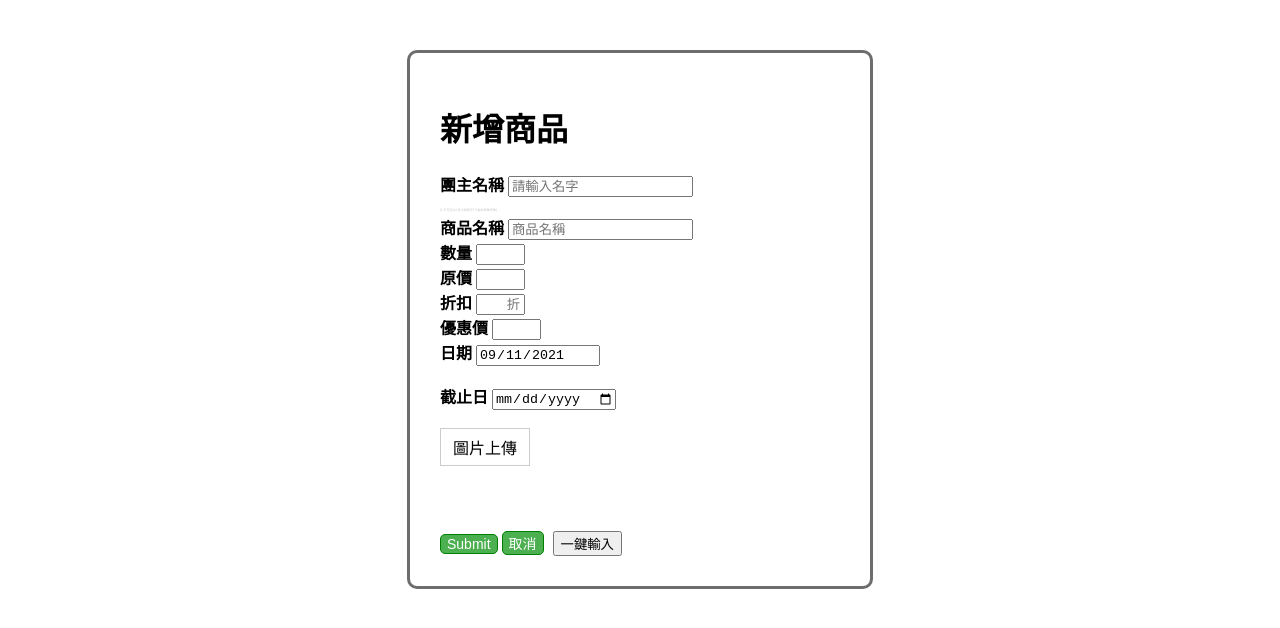
Repository: irlmpbfhvf2009/2021-09-17-Pro2-MVC
Page: http://localhost/Groupon/Manage-add.jsp
These files come from the project's save history. The page is drawn as it stood at one moment and after the next save; the edit follows.
The browser window is 1280 px wide. The pictures show the whole page.
The page is served by Tomcat 9. Other server files are loaded and not shown.

Above is the page before, as saved 2021-09-13 12:37:29.

### Groupon/src/main/webapp/Manage-add.jsp
<%@ page language="java" contentType="text/html; charset=UTF-8"
	pageEncoding="UTF-8"%>
<!DOCTYPE html>
<html>
<head>
<meta charset="UTF-8">
<title>新增團購</title>
<link rel="stylesheet" href="style.css">
<style>
input[type="file"] {
	position: fixed;
	right: 100%;
	bottom: 100%;
}

.custom-file-upload {
	border: 1px solid #ccc;
	display: inline-block;
	padding: 6px 12px;
	cursor: pointer;
}
img{float=none;}
</style>
</head>

<body>
	<div class="divform">
		<h1>新增商品</h1>
		<form action="./ProServlet" method="post">

			<!-- 團主名稱 -->
			<strong>團主名稱 </strong>
			<input type="text" class="leader" name="leader" required="required" placeholder="請輸入名字">
			<span class="spleader"></span><br><span class="spanText">(1.不可空白2.至少兩個字3.不能有特殊符號)</span><br>

			<!-- 商品名稱 -->
			<strong>商品名稱 </strong><input type="text" name="productName" required="required" class="productname" placeholder="商品名稱">
			<span class="spproductname"></span><br>

			<!-- 數量 -->
			<strong>數量 </strong><input type="text" name="quantity" required="required" class="quantity" maxlength="3" size="3"><br>

			<!-- 原價 -->
			<strong>原價 </strong><input type="text" class="price" required="required" name="price" maxlength="6" size="3"><br>

			<!-- 折扣 -->
			<strong>折扣 </strong><input type="text" class="discount" required="required" name="discount" maxlength="2" size="3" placeholder="　　折">
			<span class="spdiscount"></span><br>

			<!-- 優惠價 -->
			<strong>優惠價 </strong><input type="text" class="newprice" name="newprice" size="3" readonly><br>

			<!-- 日期 -->
			<strong>日期 </strong><input type="date" name="date" size="4" id="dt" readonly><br><br>

			<!-- 截止日 -->
			<strong>截止日 </strong><input type="date" required="required" name="deadline" size="4" id="dat" ><br><br>

			<!-- 圖片 -->
			<label for="file-upload" class="custom-file-upload"><i class="fa fa-cloud-upload"></i> 圖片上傳</label>
			<input id="file-upload" type="file" name="img" /><br><br>

			<input type="submit" id="sbtn" name="gSubmit" style="margin-top: 50px;" class="sgbtn">
			<a href="Home.jsp"><input type="button" name="cancel" class="sgbtn" value="取消"></a>
			<input type="button" class="ssgbtn" value="一鍵輸入" style="margin-left:5px">
		</form>
	</div>
	<script src="https://code.jquery.com/jquery-3.6.0.js"></script>
	<script>
    	document.getElementById("dt").valueAsDate = new Date();

	$(function(){
		// 優惠價計算
		$('.price,.discount').on('change blur focus load',function(){
		if($('.discount').val()<10){
			$('.newprice').val(parseInt($('.price').val()*$('.discount').val()/10));
			$('.spdiscount').html('');
		}else if($('.discount').val()>10&&$('.discount').val()<100){
			$('.newprice').val(parseInt($('.price').val()*$('.discount').val()/100));
			$('.spdiscount').html('');
		}else{
			$('.spdiscount').html("<img style='width:15px' src='https://cdn-icons-png.flaticon.com/128/753/753345.png'>格式錯誤");
		}
		});
		// 團主姓名驗證
			$('.leader').on('blur',function(){
		let leaderval = $('.leader').val();
		let leaderlen = leaderval.length;
		if(leaderlen==0){
			$('.spleader').html("<img style='width:15px' src='https://cdn-icons-png.flaticon.com/128/753/753345.png'>不可空白")
		}else if(leaderlen<2){
			$('.spleader').html("<img style='width:15px' src='https://cdn-icons-png.flaticon.com/128/753/753345.png'>長度不足")
		}else if(leaderlen>1){
			for(let i=0;i<leaderlen;i++){
				let ch = leaderval.charCodeAt(i);
 				if (ch >= 0x4e00 && ch <= 0x9fff) {flag = true;}
 				else {flag = false; break;}
			}
			if (flag){$('.spleader').html("<img style='width:15px' src='https://cdn-icons-png.flaticon.com/128/1828/1828640.png'>")}
			else {$('.spleader').html("<img style='width:15px' src='https://cdn-icons-png.flaticon.com/128/753/753345.png'>格式錯誤")}
		}
	});
		// 產品名稱不能為空
		$('.productname').on('blur',function(){
				let productname = $('.productname').val();
				if(productname.length==0){
			$('.spproductname').html("<img style='width:15px' src='https://cdn-icons-png.flaticon.com/128/753/753345.png'>不可空白")
				}else{
			$('.spproductname').html("<img style='width:15px' src='https://cdn-icons-png.flaticon.com/128/1828/1828640.png'>")
				}
	});


        $('.ssgbtn').on('click',function(){
            let firstname=["李","西門","沈","張","上官","司徒","歐陽","軒轅","趙", "錢", "孫", "周", "吳", "鄭", "王", "馮", "陳","元", "卜", "顧", "孟", "平", "黃", "和", "穆", "蕭", "尹"];
            let name=["彪","巨昆","銳","翠花","小小","撒撒","熊大","寶強","子璇", "淼", "國棟", "夫子", "瑞堂", "甜", "敏", "尚", "國賢", "賀祥", "晨濤","建林", "亦菲", "林", "冰潔", "佳欣", "涵涵", "禹辰", "淳美", "澤惠", "偉洋"];
            let a = firstname[Math.floor(Math.random() * (firstname.length))];
            let b = name[Math.floor(Math.random() * (name.length))];
            $('.leader').val(a+b);
            //商品名
            $('.quantity').val(Math.floor(Math.random()*100)+10);
            $('.price').val(Math.floor(Math.random()*1000)+100);
            $('.discount').val(Math.floor(Math.random()*9)+1);
            if($('.discount').val()<10){
    			$('.newprice').val(parseInt($('.price').val()*$('.discount').val()/10));
    			$('.spdiscount').html('');
    		}else if($('.discount').val()>10&&$('.discount').val()<100){
    			$('.newprice').val(parseInt($('.price').val()*$('.discount').val()/100));
    			$('.spdiscount').html('');
    		}else{
    			$('.spdiscount').html("<img style='width:15px' src='https://cdn-icons-png.flaticon.com/128/753/753345.png'>格式錯誤");
    		}
			let productname=["【GROUPON】鐵板燒香魚/碳烤魷魚條 2包/5包",
				"【蛋塔工場】蛋塔12入:頂級用料 冰或熱都好吃",
				"NIKE AF1/1 男休閒鞋 CV1758100/DD2429001 兩色可選",
				"刮鬍刀 德國設計 4D防水三刀頭電刮鬍刀 全機可水洗 4D浮動三刀頭",
				"馬卡龍攪拌杯🥛神奇可可 控卡 婕樂纖 抖音爆紅",
				"N+Y💕 銀針韓國東大門耳環 垂墜流蘇珠珠款❤️",
				"手作💕撞色質感帆布托特包",
				"日本天然有機NOCOR產前後明星保養組:前導油+修修身體霜+產後按摩油",
				"《K.T.T.》 HL 類國軍公發MICH盔（低耳）抗彈頭盔 抗彈國際NIJ106.3A認證",]
			$('.productname').val(productname[Math.floor(Math.random() * (productname.length))]);
			var now = new Date();
			var m=["01","02","03","04","05","06","07","08","09","10","11","12"]
			var d=["01","02","03","04","05","06","07","08","09","10","11","12","13","14","15",
			"16","17","18","19","20","21","22","23","24","25","26","27","28"]
			var mm=m[Math.floor(Math.random() * (m.length))];
			var dd=d[Math.floor(Math.random() * (m.length))];
			var today = now.getFullYear()+'-'+mm+'-'+dd ;
			$('#dat').val(today);
        })
	})
	</script>
</body>
</html>

### Groupon/src/main/webapp/style.css
@charset "UTF-8";
.sgbtn {
	background-color: #4CAF50;
	border: 1px solid green;
	border-radius: 5px;
	color: white;
	text-align: center;
	display: inline-block;
	font-size: 14px;
	cursor: pointer;
	}
nav{
	background-color:lightgray;
	height:50px;
	margin:0 auto;
	padding:0 auto;
	}
nav a {color: black;
	text-decoration: none;
	display: inline-block;
	padding: 6px 20px;
	font-size: 26px;
	background-color: lightgray;
	transition: 0.5s;
	}
nav a:hover {
	background-color: gray;
	}
.divform {
	margin:0 auto;margin-top: 50px;
	padding:30px;
	border: 3px solid rgb(111, 108, 108);
    border-radius: 10px;
    border-collapse: collapse;
	width: 400px;
	}
.divlist {
	margin-left:100px;
	margin-top: 10px;
	padding: 50px;
	width: 600px;
	height: 100px;
	font-size:20px;
}

.newpriceShow{
	font-size:22px;color:red;
	}
.priceShow{
	color:red;
	font-size:20px;
	text-decoration:line-through;
	}
.bor{
	width:600px
	}
.spanText {
	font-size: 3px;
	color: silver;
}

table {
	margin: auto;
	margin-top: 50px;
}

th, td {
	border: 1px solid;
	background-color: rgb(191, 216, 206);
	text-align: center;
}

After the next save:
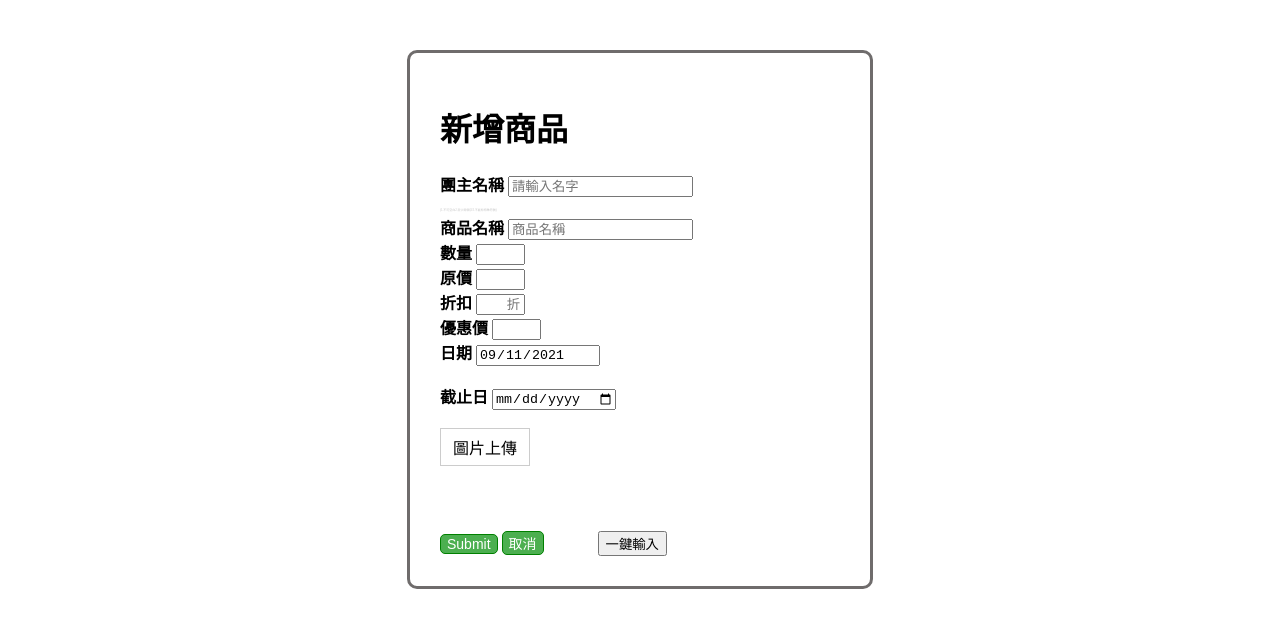
Saved 9 s later.
--- a/Groupon/src/main/webapp/Manage-add.jsp
+++ b/Groupon/src/main/webapp/Manage-add.jsp
@@ -62,7 +62,7 @@ img{float=none;}
 
 			<input type="submit" id="sbtn" name="gSubmit" style="margin-top: 50px;" class="sgbtn">
 			<a href="Home.jsp"><input type="button" name="cancel" class="sgbtn" value="取消"></a>
-			<input type="button" class="ssgbtn" value="一鍵輸入" style="margin-left:5px">
+			<input type="button" class="ssgbtn" value="一鍵輸入" style="margin-left:50px">
 		</form>
 	</div>
 	<script src="https://code.jquery.com/jquery-3.6.0.js"></script>
